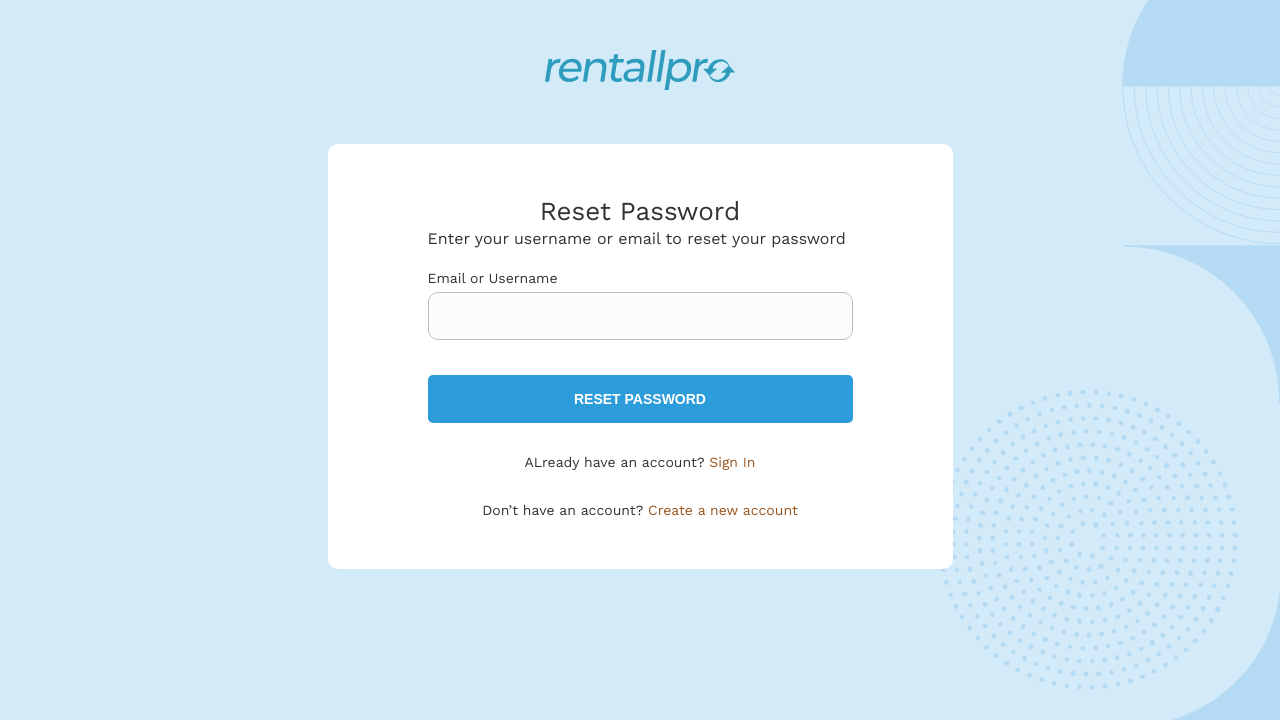
Repository: RentallPro/rentallpro-frontend
Page: /reset-password
An editor plug-in stored every save of this project. The page is shown before and after the next save, followed by the edit.
The browser window is 1280 px wide. The pictures show the whole page.
The project was rebuilt for these pictures with package versions that can differ from the ones it lists, and the page was loaded fresh each time. Also part of the build but not shown: src/views/Auth/Home.vue.

Above is the page before, as saved 2020-12-09 23:57:25.

### public/index.html
<!DOCTYPE html>
<html lang="en">
  <head>
    <meta charset="utf-8">
    <meta http-equiv="X-UA-Compatible" content="IE=edge">
    <meta name="viewport" content="width=device-width,initial-scale=1.0">
    <link rel="icon" href="<%= BASE_URL %>favicon.ico">
    <link href="https://fonts.googleapis.com/css?family=Work+Sans&display=swap" rel="stylesheet">
    <title><%= htmlWebpackPlugin.options.title %></title>
  </head>
  <body>
    <noscript>
      <strong>We're sorry but <%= htmlWebpackPlugin.options.title %> doesn't work properly without JavaScript enabled. Please enable it to continue.</strong>
    </noscript>
    <div id="app"></div>
    <!-- built files will be auto injected -->
  </body>
</html>

### src/App.vue
<template>
  <div id="app">
    <router-view/>
  </div>
</template>

<style lang="scss">
* {
  margin: 0;
  padding: 0;
  box-sizing: border-box;
}
#app {
  font-family: 'Work Sans', sans-serif;
}
button {
  cursor: pointer;
}
</style>

### src/router/index.js
import Vue from 'vue'
import VueRouter from 'vue-router'
import Home from '../views/Auth/Home.vue'

Vue.use(VueRouter)

const routes = [
  {
    path: '/',
    name: 'Home',
    component: Home
  },
  {
    path: '/signup',
    name: 'SignUp',
    // route level code-splitting
    // this generates a separate chunk (about.[hash].js) for this route
    // which is lazy-loaded when the route is visited.
    component: () => import(/* webpackChunkName: "about" */ '../views/Auth/SignUp.vue')
  },
  {
    path: '/reset-password',
    name: 'ResetPassword',
    // route level code-splitting
    // this generates a separate chunk (about.[hash].js) for this route
    // which is lazy-loaded when the route is visited.
    component: () => import(/* webpackChunkName: "about" */ '../views/Auth/ResetPassword.vue')
  }
]

const router = new VueRouter({
  mode: 'history',
  base: process.env.BASE_URL,
  routes
})

export default router

### src/views/Auth/ResetPassword.vue
<template>
  <div class="auth signin">
    <div class="form-container">
      <div class="logo"><img src="@/assets/logo.svg" alt="logo"></div>
      <div class="form-wrapper">
        <h3 class="form-title">Reset Password</h3>
        <p class="small-text">Enter your username or email to reset your password</p>
        <div class="input">
          <label for="Email">Email or Username</label>
          <input type="text">
        </div>
        <button class="login-button button">
          RESET PASSWORD
        </button>
        <p class="option">ALready have an account? <span><router-link :to="{name: 'Home'}">Sign In</router-link></span></p>
        <p class="option">Don’t have an account? <span><router-link :to="{name: 'SignUp'}">Create a new account</router-link></span></p>
      </div>
    </div>
  </div>
</template>

<script>
export default {

}
</script>

<style lang="scss" src="./Home.scss" scoped></style>

### src/views/Auth/Home.scss
.signin {
    height: 100vh;
    padding-top: 50px;
}
.signup {
    padding: 100px 0;
}
.auth {
    background: #D3EAF8;
    background-image: url(../../assets/Patern.svg);
    background-repeat: no-repeat;
    background-position-y: top;
    background-position-x: right;
    width: 100%;
    .form-container {
        max-width: 625px;
        display: block;
        margin: auto;
        .button {
            height: 48px;
            width: 100%;
            border-radius: 5px;
            font-size: 14px;
            line-height: 18px;
        }
        .logo {
            text-align: center;
        }
        .form-wrapper {
            width: 100%;
            padding: 50px 100px;
            background: #FFFFFF;
            border-radius: 10px;
            margin-top: 50px;
            .small-text {
                font-style: normal;
                font-weight: normal;
                font-size: 16px;
                line-height: 21px;
                color: #333333;
            }
            .form-title {
                font-style: normal;
                font-weight: 500;
                font-size: 26px;
                line-height: 34px;
                color: #333333;
                text-align: center;
            }
            .input {
                display: flex;
                flex-direction: column;
                margin-top: 20px;
                label {
                    font-style: normal;
                    font-weight: normal;
                    font-size: 14px;
                    line-height: 18px;
                    color: #333333;
                }
                input {
                    height: 48px;
                    background: #FCFCFC;
                    border: 1px solid #BDBDBD;
                    border-radius: 10px;
                    margin-top: 5px;
                }
                p {
                    text-align: right;
                    a {
                        font-weight: normal;
                        font-size: 14px;
                        line-height: 18px;
                        color: #995620;
                        margin-top: 5px;
                        text-decoration: none;
                    }
                }
            }
            .login-button {
                background: #2D9CDB;
                border: 2px solid #2D9CDB;
                font-style: normal;
                font-weight: bold;
                color: #FFFFFF;
                margin-top: 35px;
            }
            .social-buttons {
                margin-top: 45px;
                .google-button {
                    color: #FF1B1B;
                    border: 2px solid #FF1B1B;
                    font-weight: 500;
                    background-color: #FFFFFF;
                    display: flex;
                    align-items: center;
                    justify-content: center;
                    .flex {
                        display: flex;
                        align-items: center;
                        span {
                            margin-left: 5px;
                        }
                    }
                }
                .facebook-button {
                    color: #475993;
                    border: 2px solid #475993;
                    background-color: #FFFFFF;
                    font-weight: 500;
                    margin-top: 15px;
                    display: flex;
                    align-items: center;
                    justify-content: center;
                    .flex {
                        display: flex;
                        align-items: center;
                        span {
                            margin-left: 5px;
                        }
                    }
                }
            }
            .option {
                font-style: normal;
                font-weight: normal;
                font-size: 14px;
                line-height: 18px;
                color: #333333;
                text-align: center;
                margin-top: 30px;
                a {
                    color: #995620;
                    text-decoration: none;
                }
            }
        }
    }
}
@media screen and (max-width: 768px) {
    .signin {
        height: auto;
    }
    .auth {
        background-image: none;
        background-color: #FFFFFF;
        .form-container {
            padding-top: 75px;
            .logo {
                img {
                    height: 24px;
                }
            }
            .form-wrapper {
                padding: 20px;
            }
        }
    }
}

Loaded but not shown: src/main.js (common file); src/store/index.js (common file)

After the next save:
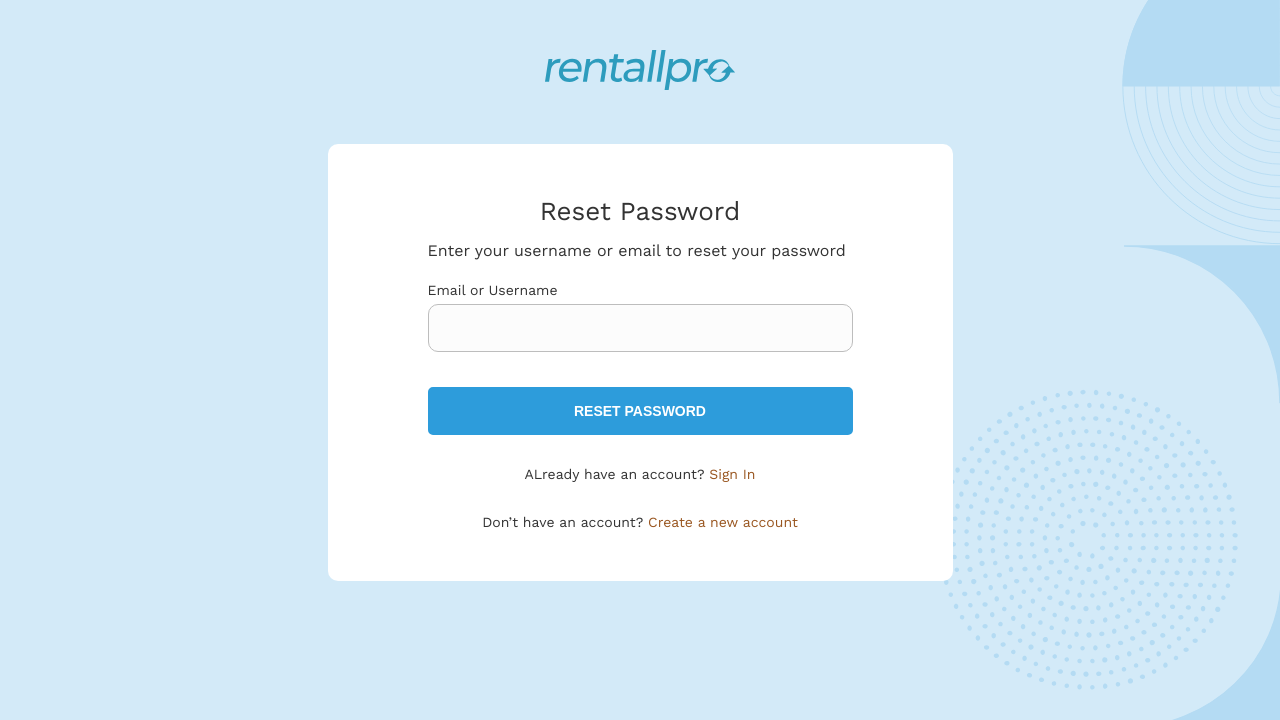
Saved 23 s later.
--- a/src/views/Auth/Home.scss
+++ b/src/views/Auth/Home.scss
@@ -38,6 +38,7 @@
                 font-size: 16px;
                 line-height: 21px;
                 color: #333333;
+                margin-top: 12px;
             }
             .form-title {
                 font-style: normal;
